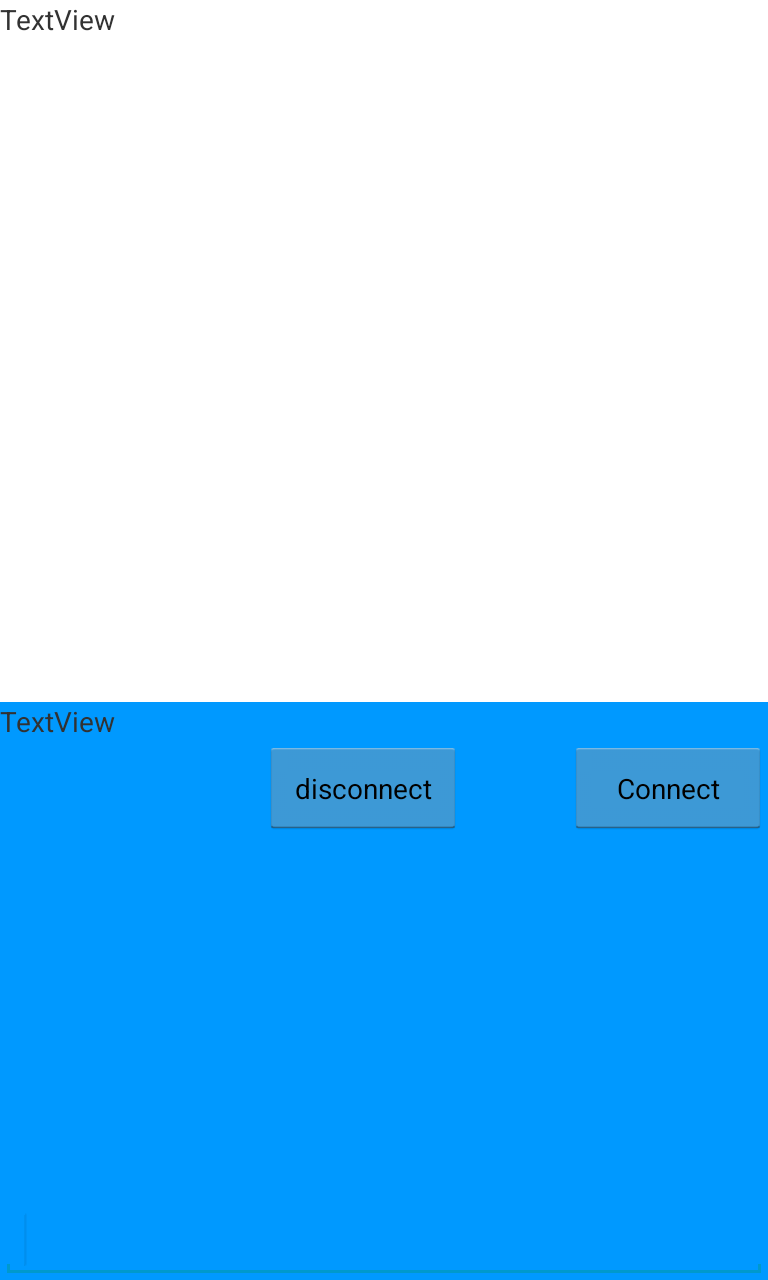
Repository: Clonedpirate/BtSshPwnPI
Layout: HackDroid/res/layout/terminal.xml
These files come from the project's save history. The layout is drawn as it stood at one moment and after the next save; the edit follows.
It is drawn on a 768 x 1280 px phone screen (xhdpi) without system bars, with theme AppTheme; the app's code is not run.

Above is the layout before, as saved 2014-06-19 10:23:44.

After the next save:
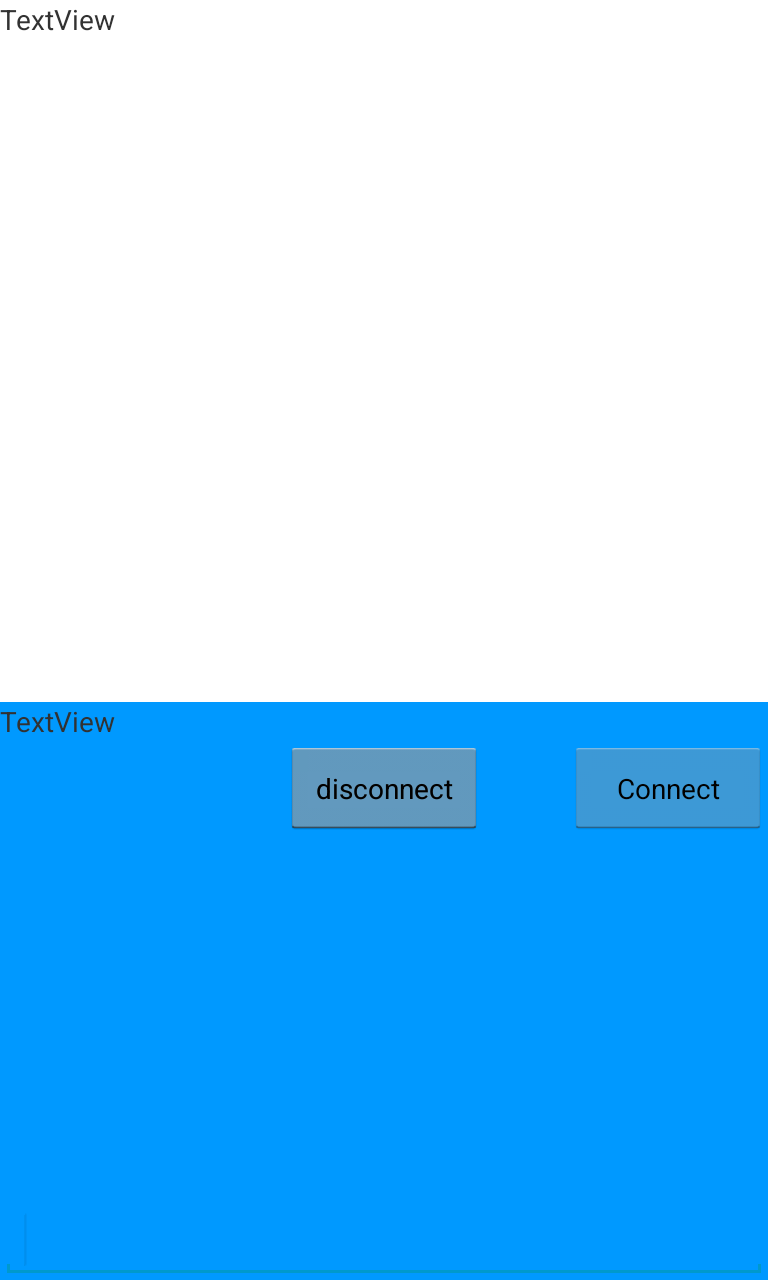
Saved 61 s later.
--- a/HackDroid/res/layout/terminal.xml
+++ b/HackDroid/res/layout/terminal.xml
@@ -47,8 +47,16 @@
         android:layout_width="100dp"
         android:layout_height="wrap_content"
         android:layout_below="@+id/IPtext"
-        android:layout_marginLeft="74dp"
-        android:layout_toRightOf="@+id/IPtext"
+        android:layout_centerHorizontal="true"
+        android:text="disconnect" />
+
+    <Button
+        android:id="@+id/button1"
+        style="?android:attr/buttonStyleSmall"
+        android:layout_width="100dp"
+        android:layout_height="wrap_content"
+        android:layout_below="@+id/IPtext"
+        android:layout_centerHorizontal="true"
         android:text="disconnect" />
 
 </RelativeLayout>
